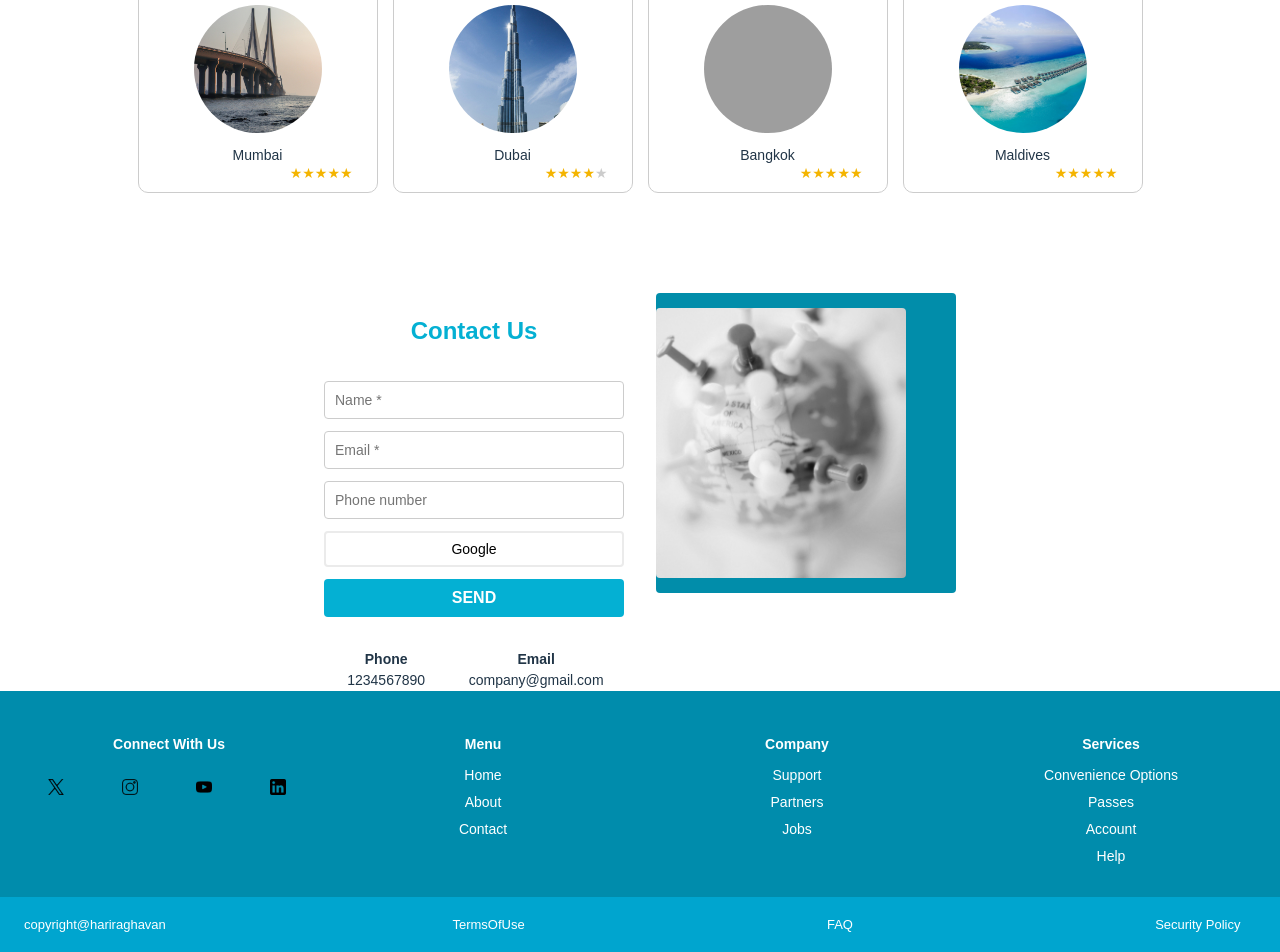
Repository: SimpleDev505/fsp-app
Page: /
These files come from the project's save history. The page is drawn as it stood at one moment and after the next save; the edit follows.
The browser window is 1280 px wide. The pictures show the part of the page from y = 1518 to 2470 px (the page is 2470 px tall).
Pictures or frames that could not be fetched are drawn as grey boxes. The project was rebuilt for these pictures with package versions that can differ from the ones it lists, and the page was loaded fresh each time. Also part of the build but not shown: svelte.config.js, vite.config.ts, src/lib/SearchDropDown.svelte.

Above is the page before, as saved 2025-06-18 17:42:53.

### index.html
<!doctype html>
<html lang="en">

<head>
  <meta charset="UTF-8" />
  <link rel="stylesheet" href="https://fonts.googleapis.com/css2?family=Material+Symbols+Outlined">
  <link rel="icon" type="image/svg+xml" href="/vite.svg" />
  <meta name="viewport" content="width=device-width, initial-scale=1.0" />
  <title>AirLine</title>
</head>

<body>
  <div id="app"></div>
  <script type="module" src="/src/main.ts"></script>
</body>

</html>

<style>
  #app {
    width: 100%;
    height: 100%;
    padding: 0;
    margin: 0;
  }

  * {
    box-sizing: border-box;
  }

  html,
  body {
    width: 100vw;
    height: 100vh;
    padding: 0;
    margin: 0;
    overflow-x: hidden;
    overflow-y: auto;
  }
</style>

### src/app.css
:root {
  font-family: system-ui, Avenir, Helvetica, Arial, sans-serif;
  line-height: 1.5;
  font-weight: 400;

  color-scheme: light dark;
  color: rgba(255, 255, 255, 0.87);
  background-color: #242424;

  font-synthesis: none;
  text-rendering: optimizeLegibility;
  -webkit-font-smoothing: antialiased;
  -moz-osx-font-smoothing: grayscale;
}

a {
  font-weight: 500;
  color: #646cff;
  text-decoration: inherit;
}

a:hover {
  color: #535bf2;
}

body {
  margin: 0;
  display: flex;
  place-items: center;
  min-width: 320px;
  min-height: 100vh;
}

h1 {
  font-size: 3.2em;
  line-height: 1.1;
}

.card {
  padding: 2em;
}

#app {
  max-width: 1280px;
  margin: 0 auto;
  padding: 2rem;
  text-align: center;
}

button {
  border-radius: 8px;
  border: 1px solid transparent;
  padding: 0.6em 1.2em;
  font-size: 1em;
  font-weight: 500;
  font-family: inherit;
  background-color: #1a1a1a;
  cursor: pointer;
  transition: border-color 0.25s;
}

button:hover {
  border-color: #646cff;
}

button:focus,
button:focus-visible {
  outline: 4px auto -webkit-focus-ring-color;
}

@media (prefers-color-scheme: light) {
  :root {
    color: #213547;
    background-color: #ffffff;
  }

  a:hover {
    color: #747bff;
  }

  button {
    background-color: #f9f9f9;
  }
}

### src/App.svelte
<script lang="ts">
  import Home from "./lib/Home.svelte";
</script>

<main>
  <Home></Home>
</main>

<style>
  main {
    width: 100vw;
    height: 100vh;
    padding: 0;
    margin: 0;
  }
  :root {
    --blue: #04b0d3;
    --green: #08e200;
    --yellow: #e7c205;
    --grey-light: #ebebeb;
    --grey-dark: #6d6d6d;
    --red: #e8651a;
    --blue-dark: #018daa;

    /* Fonts */
    --font-s: 14px;
    --font-sm: 16px;
    --font-lg: 20px;
    --font-xg: 30px;
    font-family: Arial, Helvetica, sans-serif;
  }
</style>

### src/lib/Home.svelte
<script>
  import Card from "./Card.svelte";
  import Footer from "./Footer.svelte";
  import HomeDescrp from "./HomeDescrp.svelte";
  import Nav from "./Nav.svelte";
  import Search from "./Search.svelte";
</script>

<div class="home-cnt">
  <Nav></Nav>
  <div class="home-header">
    <div class="home-img-cnt">
      <div class="home-img-filter"></div>
      <img class="home-img" src="src/assets/img/home.png" alt="" />
    </div>
  </div>
  <div class="home-title">
    <span class="home-title-1">Your Journey Begins Here</span>
  </div>
  <Search></Search>
  <HomeDescrp></HomeDescrp>
</div>

<style>
  .home-title {
    grid-column: 1;
    grid-row: 2;
    z-index: 2;
    width: 100%;
    height: fit-content;
    display: flex;
    justify-content: center;
    align-items: center;
    position: absolute;
    bottom: 0;
    left: 0;
  }
  .home-title-1 {
    font-size: 60px;
    margin-bottom: 150px;
    color: white;
    font-weight: bolder;
    -webkit-text-stroke: 5px rgba(255, 255, 255, 0.8);
    letter-spacing: 2px;
  }
  .home-cnt {
    display: grid;
    grid-template-columns: repeat(1);
    grid-template-rows: auto auto 1fr;
    width: 100%;
    height: 100%;
  }
  .home-header {
    grid-column: 1;
    grid-row: 2;
    display: flex;
    flex-direction: column;
    justify-content: center;
    align-items: center;
    width: 100%;
    height: 100%;
  }
  .home-img-cnt {
    width: 100%;
    height: 745px;
    position: relative;
    overflow-y: hidden;
  }
  .home-img {
    object-fit: cover;
    width: 100%;
    height: 100%;
  }
  .home-img-filter {
    background: var(--blue);
    filter: opacity(13%);
    width: 100%;
    height: 100%;
    position: absolute;
  }
</style>

### src/lib/Card.svelte
<script lang="ts">
  let {
    descp = "None",
    icon = null,
    icon_size = 0,
    picture = null,
    pic_size = 64,
    hoverColor = "#f0f0f0",
    stars = 0,
  }: {
    descp: string;
    icon?: string | null;
    icon_size?: number;
    picture?: string | null;
    pic_size?: number;
    hoverColor?: string;
    stars?: number;
  } = $props();

  const maxStars = 5;
</script>

<div class="card" style="--hover-color: {hoverColor}">
  <div class="card-header">
    {#if icon}
      <div class="icon">
        <span
          style="font-size: {icon_size}px;"
          class="material-symbols-outlined"
        >
          {icon}
        </span>
      </div>
    {:else if picture}
      <img
        class="picture"
        style="width: {pic_size}px; height:{pic_size}px;"
        src={picture}
        alt="Cardimage"
      />
    {/if}
  </div>

  <div class="card-body">
    <div class="description">{descp}</div>

    {#if stars > 0}
      <div class="stars">
        {#each Array(maxStars) as _, i}
          <span class={i < stars ? "filled" : ""}>★</span>
        {/each}
      </div>
    {/if}
  </div>
</div>

<style>
  .card {
    width: 240px;
    border: 1px solid #ccc;
    border-radius: 10px;
    overflow: hidden;
    transition: 0.05s ease-in-out;
    background-color: white;
    display: flex;
    flex-direction: column;
    align-items: center;
    padding: 16px;
    cursor: default;
    user-select: none;
  }

  .card:hover {
    background-color: var(--hover-color);
  }

  .card-header {
    display: flex;
    justify-content: center;
    align-items: center;
    margin-bottom: 12px;
  }

  .icon {
    font-size: 32px;
  }

  .picture {
    width: 64px;
    height: 64px;
    border-radius: 50%;
    object-fit: cover;
    image-rendering: optimizeSpeed;
    image-resolution: from-image;
  }

  .card-body {
    text-align: center;
    width: 100%;
    position: relative;
  }

  .description {
    font-size: 14px;
    margin-bottom: 10px;
  }

  .stars {
    position: absolute;
    right: 8px;
    bottom: -8px;
    font-size: 14px;
    color: #ccc;
  }

  .stars .filled {
    color: #f4b400;
    font-weight: bolder;
  }
</style>

### src/lib/Footer.svelte
<script lang="ts">
  interface FooterItem {
    label: string;
    action: () => void;
  }

  interface FooterGroup {
    title: string;
    items: FooterItem[];
  }

  // Simulate navigation actions
  function goTo(label: string) {
    console.log(`Navigating to: ${label}`);
  }

  const footerGroups: FooterGroup[] = [
    {
      title: "Menu",
      items: [
        { label: "Home", action: () => goTo("Home") },
        { label: "About", action: () => goTo("About") },
        { label: "Contact", action: () => goTo("Contact") },
      ],
    },
    {
      title: "Company",
      items: [
        { label: "Support", action: () => goTo("Support") },
        { label: "Partners", action: () => goTo("Partners") },
        { label: "Jobs", action: () => goTo("Jobs") },
      ],
    },
    {
      title: "Services",
      items: [
        { label: "Convenience Options", action: () => goTo("Convenience") },
        { label: "Passes", action: () => goTo("Passes") },
        { label: "Account", action: () => goTo("Account") },
        { label: "Help", action: () => goTo("Help") },
      ],
    },
  ];

  const socialIcons = [
    { icon: "src/assets/img/footer/twitter.png", action: () => goTo("X") },
    {
      icon: "src/assets/img/footer/insta.png",
      action: () => goTo("Instagram"),
    },
    {
      icon: "src/assets/img/footer/youtube.png",
      action: () => goTo("YouTube"),
    },
    {
      icon: "src/assets/img/footer/linkedin.png",
      action: () => goTo("LinkedIn"),
    },
  ];

  const bottomLinks = ["TermsOfUse", "FAQ", "Security Policy"];
</script>

<footer class="footer">
  <div class="footer-content">
    <div class="footer-group">
      <h4>Connect With Us</h4>
      <div class="social-icons">
        {#each socialIcons as social}
          <button
            class="icon-btn"
            on:click={social.action}
            aria-label="social-icon"
          >
            <img src={social.icon} alt="social icon" />
          </button>
        {/each}
      </div>
    </div>

    {#each footerGroups as group}
      <div class="footer-group">
        <h4>{group.title}</h4>
        <ul>
          {#each group.items as item}
            <li>
              <button on:click={item.action}>{item.label}</button>
            </li>
          {/each}
        </ul>
      </div>
    {/each}
  </div>

  <div class="footer-bottom">
    <span>copyright@hariraghavan</span>
    {#each bottomLinks as link}
      <button on:click={() => goTo(link)}>{link}</button>
    {/each}
  </div>
</footer>

<style>
  .footer {
    background-color: #008cac;
    color: white;
    font-size: 14px;
    width: 100%;
  }

  .footer-content {
    display: grid;
    grid-template-columns: repeat(auto-fit, minmax(180px, 1fr));
    gap: 24px;
    padding: 24px;
  }

  .footer-group h4 {
    font-weight: bold;
    margin-bottom: 10px;
  }

  .footer-group ul {
    list-style: none;
    padding: 0;
    margin: 0;
  }

  .footer-group li {
    margin: 6px 0;
  }

  .footer-group li button {
    background: none;
    border: none;
    color: white;
    font: inherit;
    cursor: pointer;
    padding: 0;
  }

  .footer-group li button:hover {
    text-decoration: underline;
  }

  .social-icons {
    display: flex;
    gap: 10px;
    margin-top: 8px;
    flex-wrap: wrap;
  }
  .icon-btn img {
    width: 16px;
    height: 16px;
    object-fit: contain;
  }

  .icon-btn {
    border: none;
    background: transparent;
    color: white;
    font-size: 20px;
    cursor: pointer;
  }

  .footer-bottom {
    background-color: #00a5cf;
    display: flex;
    flex-wrap: wrap;
    justify-content: space-between;
    align-items: center;
    padding: 10px 24px;
    font-size: 13px;
  }

  .footer-bottom button {
    background: none;
    border: none;
    color: white;
    font: inherit;
    cursor: pointer;
    margin-left: 12px;
  }

  .footer-bottom button:hover {
    text-decoration: underline;
  }
</style>

### src/lib/Nav.svelte
<script lang="ts">
  let nav_sticky = $state(false);
  let navitem: HTMLElement | null = $state(null);
  function handlenavscroll(e: Event) {
    if (scrollY > 10) {
      nav_sticky = true;
    } else {
      nav_sticky = false;
    }
  }
  window.addEventListener("scroll", handlenavscroll);
  window.addEventListener("DOMContentLoaded", () => {
    navitem = document.getElementById("home-link");
    if (navitem) {
      navitem.classList.add("nav-selected");
    }
  });
  function navClicked(e: MouseEvent) {
    if (navitem) {
      navitem.classList.remove("nav-selected");
      navitem = e.currentTarget as HTMLElement;
      switch (navitem.id) {
        case "home-link":
          navitem.className += " nav-selected";
          break;
        case "about-link":
          navitem.classList += " nav-selected";
          break;
        case "contact-link":
          navitem.classList += " nav-selected";
          break;
        case "signup_login-link":
          navitem.classList += " nav-selected";
          break;
      }
    } else {
      navitem = e.currentTarget as HTMLElement;
    }
  }
</script>

<div class="nav-cnt {nav_sticky ? 'nav-sticky' : 'nav-nonsticky'}">
  <ul class="navlinks">
    <li class="navitem">
      <button id="home-link" onclick={navClicked}> Home </button>
    </li>
    <li class="navitem">
      <button id="contact-link" onclick={navClicked}> Contact </button>
    </li>
    <li class="navitem">
      <button id="about-link" onclick={navClicked}> About </button>
    </li>
    <li class="navitem">
      <button id="signup_login-link" onclick={navClicked}>
        SignUp /Login
      </button>
    </li>
  </ul>
  <span class="nav-title">AIRLINE COMPANY</span>
</div>

<style>
  .nav-title {
    white-space: nowrap;
    font-weight: bolder;
    font-size: var(--font-lg);
  }
  .nav-cnt {
    grid-column: 1;
    grid-row: 1;
    display: flex;
    flex-direction: row;
    justify-content: center;
    align-items: center;
    width: 100%;
    height: 3em;
    color: white;
    z-index: 1000;
    padding: 10px;
    transition: 0.2s ease-in;
  }
  .nav-sticky {
    position: fixed;
    z-index: 10001;
    top: 0;
    left: 0;
    padding: 10px;
    background-color: var(--blue-dark);
    box-shadow: 1px 2px 0px 0px var(--grey-light);
    -webkit-box-shadow: 1px 2px 0px 0px var(--grey-light);
    -moz-box-shadow: 1px 2px 0px 05px var(--grey-light);
  }
  .nav-nonsticky {
    position: absolute;
    top: 0;
    left: 0;
  }
  .navlinks {
    display: flex;
    flex-direction: row;
    column-gap: 10px;
    list-style-type: none;
    text-decoration: none;
    width: 100%;
  }
  .navitem button {
    background: transparent;
    box-shadow: none;
    color: white;
    font-weight: 300;
    border: none;
    cursor: pointer;
    padding: 4px;
    font-size: var(--font--sm);
  }
  :global(.nav-selected) {
    text-decoration: underline 2px white;
  }
</style>

### src/lib/ContactUs.svelte
<script lang="ts">
  import Dropdownmenu from "./dropdownmenu.svelte";
  import { contactEntries, type MenuItem } from "./Store/store";

  let name = $state("");
  let email = $state("");
  let phone = $state("");
  let howFound = $state("");

  function handleSubmit() {
    contactEntries.update((c) => ({
      name: name,
      email: email,
      phone: phone,
      howFound: "Google",
    }));
    console.log("Contact -> ", $contactEntries);
  }
  const contactus_menu: MenuItem[] = [
    {
      label: "Google",
      action: () => {
        contactEntries.update((c) => ({
          ...c,
          howFound: "Google",
        }));
      },
      split: false,
    },
    {
      label: "Youtube",
      action: () => {
        contactEntries.update((c) => ({
          ...c,
          howFound: "Youtube",
        }));
      },
      split: false,
    },
    {
      label: "Ads",
      action: () => {
        contactEntries.update((c) => ({
          ...c,
          howFound: "Ads",
        }));
      },
      split: false,
    },
  ];
</script>

<div class="container">
  <div class="form-section">
    <h2>Contact Us</h2>
    <input type="text" bind:value={name} placeholder="Name *" />
    <input type="email" bind:value={email} placeholder="Email *" />
    <input type="tel" bind:value={phone} placeholder="Phone number" />
    <Dropdownmenu leftpx={0} rightpx={0} items={contactus_menu}></Dropdownmenu>
    <button onclick={handleSubmit}>SEND</button>
    <div class="contact-info">
      <div>
        <strong>Phone</strong>
        1234567890
      </div>
      <div>
        <strong>Email</strong>
        company@gmail.com
      </div>
    </div>
  </div>

  <div class="map-section">
    <img src="src/assets/img/contact/contact.jpg" alt="contact" />
  </div>
</div>

<style>
  .container {
    display: flex;
    justify-content: space-between;
    max-width: 1200px;
    margin: auto;
    gap: 2rem;
    margin-top: 100px;
  }

  .form-section {
    flex: 1;
    display: flex;
    flex-direction: column;
    gap: 12px;
  }

  h2 {
    color: var(--blue);
  }

  input {
    padding: 10px;
    font-size: 14px;
    border: 1px solid #ccc;
    border-radius: 4px;
  }

  button {
    background-color: var(--blue);
    color: white;
    border: none;
    padding: 10px;
    border-radius: 4px;
    cursor: pointer;
    font-weight: bold;
  }

  .contact-info {
    margin-top: 20px;
    font-size: 14px;
    display: flex;
    justify-content: space-between;
    max-width: 300px;
  }

  .map-section {
    width: 300px;
    height: 300px;
    background-color: var(--blue-dark);
    display: flex;
    align-items: center;
    justify-content: center;
    border-radius: 4px;
  }
  .map-section img {
    object-fit: cover;
    width: 90%;
    height: 90%;
    margin-right: 50px;
    border-radius: 4px;
    filter: grayscale(100%);
  }
</style>

### src/lib/dropdownmenu.svelte
<script lang="ts">
  import { onDestroy, onMount } from "svelte";
  let DropDown = $state(false);
  import { Current_SearchFilter, type MenuItem } from "./Store/store";
  let {
    items,
    leftpx,
    rightpx = 40,
  }: {
    items: MenuItem[];
    leftpx: number;
    rightpx: number;
  } = $props();
  let DropDownIcon = $derived(
    items ? (items[0].icon ? items[0].icon : "") : "Title"
  );
  let DropDownTitle = $derived(items ? items[0].label : "Title");

  function HideDropDown() {
    if (DropDown) {
      DropDown = false;
    }
  }
  onMount(() => {
    document.addEventListener("mousedown", HideDropDown);
  });
  onDestroy(() => {
    document.removeEventListener("mousedown", HideDropDown);
  });
  // document.addEventListener("mousedown", () => {
  //   if (get(dropdown_enabled)) {
  //     $dropdown_enabled = false;
  //   }
  // });
</script>

<div
  class="dropdown-menu"
  style="position: relative; background-color: transparent; color: black; border: 2px solid var(--grey-light); border-radius: 4px;z-index: 1000;"
>
  <button
    style="font-size: var(--font-s);padding: 8px 16px;width:100%; background: transparent;border:none;box-shadow:none;"
    onclick={() => (DropDown = true)}
    class="dropdowntitle"
    >{#if DropDownIcon}
      {DropDownTitle}
      <span
        style="font-size: var(--font--lg);"
        class="material-symbols-outlined"
      >
        {DropDownIcon}
      </span>
    {:else}
      {DropDownTitle}
    {/if}</button
  >
  {#if DropDown}
    <div
      style="position: absolute; top: 100%;width: fit-content; background: white; border: 2px solid var(--grey-light); border-radius: 4px; z-index: 1000; box-shadow: 0 2px 8px rgba(0,0,0,0.3);"
    >
      {#each items as item}
        <div
          role="button"
          tabindex="0"
          class="dropdown-item"
          style={item.split == true ? "border-bottom: 2px solid black;" : ""}
          onmousedown={() => {
            item.action();
            DropDownTitle = item.label;
            DropDown = false;
            if (item.icon) {
              DropDownIcon = item.icon;
            } else {
              DropDownIcon = "";
            }
          }}
        >
          {#if item.icon}
            <span
              style="font-size: var(--font-sm);"
              class="material-symbols-outlined"
            >
              {item.icon}
            </span>
          {/if}
          {item.label}
        </div>
      {/each}
    </div>
  {/if}
</div>

<style>
  .dropdowntitle {
    display: flex;
    flex-direction: row;
    justify-content: center;
    align-items: center;
    column-gap: 4px;
  }
  .dropdown-item {
    padding: 8px 16px;
    cursor: pointer;
    font-size: var(--font-s);
    display: flex;
    flex-direction: row;
    justify-content: center;
    align-items: center;
    white-space: nowrap;
  }

  .dropdown-item:hover {
    background-color: var(--grey-light);
  }
  .dropdown-menu > div {
    min-width: 100%;
  }
</style>

### src/lib/Store/store.ts
import { writable } from "svelte/store";
//DropDown
export interface MenuItem {
    label: string;
    action: () => void; // Function to call on click
    split: boolean;
    icon?: string;
}

//Search
interface TimingQuery {
    from: string;
    to: string;
    dep: string;
    return?: string;
}
interface AmountQuery {
    adult: number;
    child: number;
    infant: number;
}
interface SearchFilter {
    triptype: string;
    timings: TimingQuery[];
    passengers: AmountQuery;
    currency: string;
    class: string;
}
export const Current_SearchFilter = writable<SearchFilter>({
    triptype: "One Way",
    class: "Economy",
    timings: [
        {
            from: "none",
            to: "none",
            dep: "none",
            return: "none",
        },
    ],
    passengers: {
        adult: 1,
        child: 0,
        infant: 0,
    },
    currency: "INR",
});

//From To - to remove duplicated , from and to should'nt be same
export const AirportSelected = writable<string[]>([]);

//Contact form
export interface ContactFormData {
    name: string;
    email: string;
    phone: string;
    howFound: string;
}

export const contactEntries = writable<ContactFormData>(
    {
        name: "none",
        email: "none@gmail.com",
        phone: "12345667890",
        howFound: "google",
    },
);

Loaded but not shown: src/main.ts (common file); src/lib/Search.svelte (378 lines, source omitted); src/lib/DateDropDown.svelte (377 lines, source omitted); src/lib/PassengerPicker.svelte (277 lines, source omitted); src/lib/HomeDescrp.svelte (206 lines, source omitted); src/lib/SearchDropDown_Filtered.svelte (182 lines, source omitted)

After the next save:
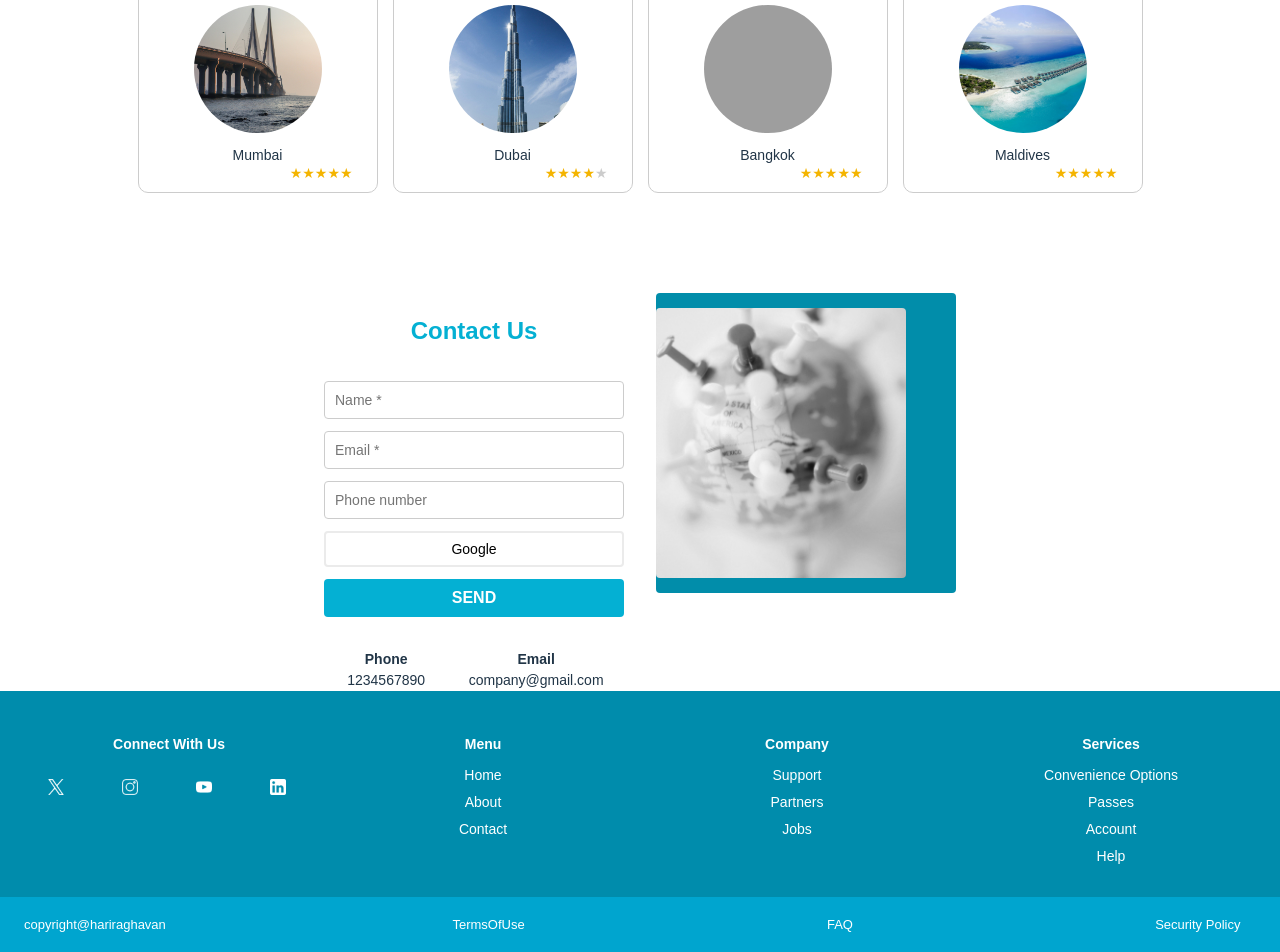
Saved 7 s later.
--- a/src/lib/Footer.svelte
+++ b/src/lib/Footer.svelte
@@ -153,6 +153,7 @@
     width: 16px;
     height: 16px;
     object-fit: contain;
+    filter: invert();
   }
 
   .icon-btn {
